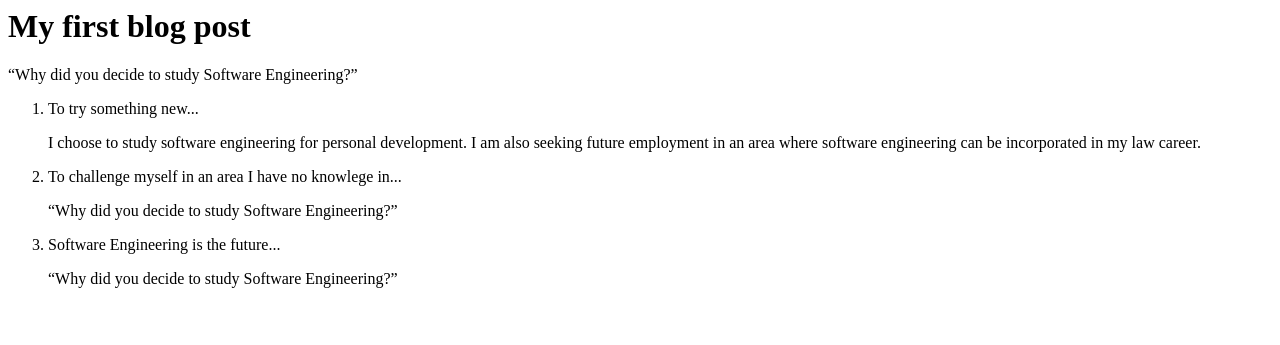
Repository: alicjasapieja/example-repository
Page: My-First-Blog-Post/blog_post.html
These files come from the project's save history. The page is drawn as it stood at one moment and after the next save; the edit follows.
The browser window is 1280 px wide. The pictures show the whole page.

Above is the page before, as saved 2022-05-11 13:01:55.

After the next save:
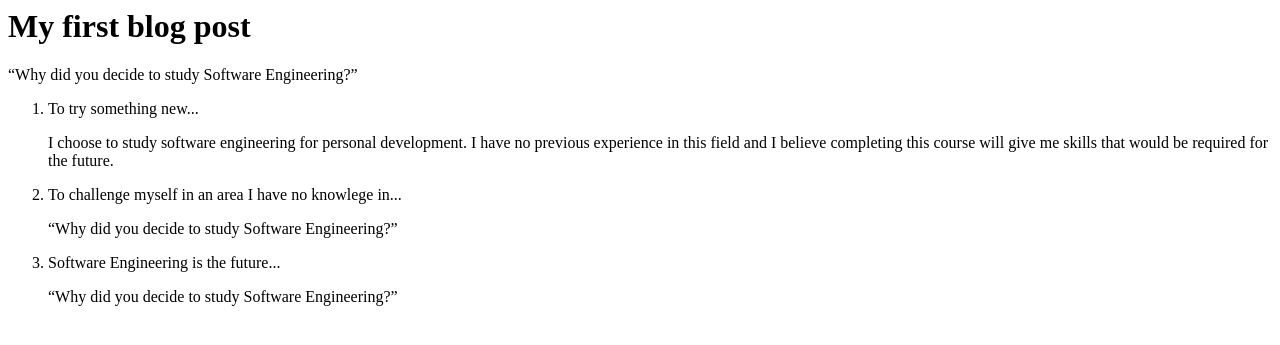
Saved 3 min 43 s later.
--- a/My-First-Blog-Post/blog_post.html
+++ b/My-First-Blog-Post/blog_post.html
@@ -4,7 +4,7 @@
 <p>“Why did you decide to study Software Engineering?”</p>
 <ol>
     <li>To try something new...</li>
-    <p>I choose to study software engineering for personal development. I am also seeking future employment in an area where software engineering can be incorporated in my law career.</p>
+    <p>I choose to study software engineering for personal development. I have no previous experience in this field and I believe completing this course will give me skills that would be required for the future.</p>
 
     <li>To challenge myself in an area I have no knowlege in...</li>
     <p>“Why did you decide to study Software Engineering?”</p>
